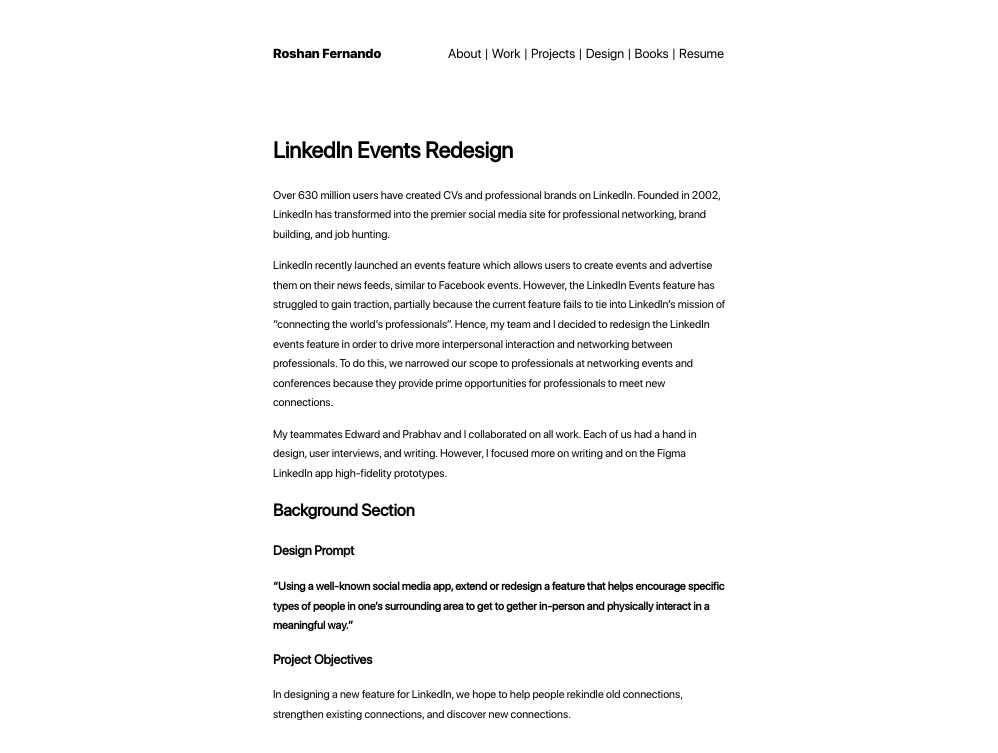
Repository: rdf004/rdf004.github.io
Page: /case1
The author's editor kept a copy of each file at every save. The page is drawn from the files as they stood at one save, then again after the next save.
The browser window is 1280 px wide. The pictures show the whole page, at 78% of full size.
The project was rebuilt for these pictures with package versions that can differ from the ones it lists, and the page was loaded fresh each time. Also part of the build but not shown: src/Components/About.js, src/Components/Work.js, src/Components/Projects.js, src/Components/Design.js, src/Components/Books.js, src/Components/Resume.js.

Above is the page before, as saved 2019-11-20 21:02:34.

### public/index.html
<!DOCTYPE html>
<html lang="en">
  <head>
    <meta charset="utf-8" />
    <link rel="shortcut icon" href="Startup_Rocket-512.png" />
    <meta name="viewport" content="width=device-width, initial-scale=1" />
    <meta name="theme-color" content="#000000" />
    <meta
      name="description"
      content="Web site created using create-react-app"
    />
    <link rel="apple-touch-icon" href="logo192.png" />
    <!--
      manifest.json provides metadata used when your web app is installed on a
      user's mobile device or desktop. See https://developers.google.com/web/fundamentals/web-app-manifest/
    -->
    <link rel="manifest" href="%PUBLIC_URL%/manifest.json" />
    <!--
      Notice the use of %PUBLIC_URL% in the tags above.
      It will be replaced with the URL of the `public` folder during the build.
      Only files inside the `public` folder can be referenced from the HTML.

      Unlike "/favicon.ico" or "favicon.ico", "%PUBLIC_URL%/favicon.ico" will
      work correctly both with client-side routing and a non-root public URL.
      Learn how to configure a non-root public URL by running `npm run build`.
    -->
    <title>RFizzle's Websizzle</title>
  </head>
  <body>
    <noscript>You need to enable JavaScript to run this app.</noscript>
    <div id="root"></div>
    <!--
      This HTML file is a template.
      If you open it directly in the browser, you will see an empty page.

      You can add webfonts, meta tags, or analytics to this file.
      The build step will place the bundled scripts into the <body> tag.

      To begin the development, run `npm start` or `yarn start`.
      To create a production bundle, use `npm run build` or `yarn build`.
    -->
  </body>
</html>

### src/index.js
import React from 'react';
import ReactDOM from 'react-dom';
import { Route, Link, BrowserRouter as Router } from 'react-router-dom';

import About from './Components/About';
import Work from './Components/Work';
import Projects from './Components/Projects';
import Design from './Components/Design';
import Books from './Components/Books';
import Resume from './Components/Resume';
import Case1 from './Components/Case1';
import * as serviceWorker from './serviceWorker';

const routing = (
    <Router>
      <div>
        <Route exact path="/" component={About} />
        <Route path="/work" component={Work} />
        <Route path="/projects" component={Projects} />
        <Route path="/design" component={Design} />
        <Route path="/books" component={Books} />
        <Route path="/resume" component={Resume} />
        <Route path="/case1" component={Case1} />
      </div>
    </Router>
)

ReactDOM.render(routing, document.getElementById('root'));

// If you want your app to work offline and load faster, you can change
// unregister() to register() below. Note this comes with some pitfalls.
// Learn more about service workers: https://bit.ly/CRA-PWA
serviceWorker.unregister();

### src/Components/Case1.js
import React from 'react';
import Header from './Header';

import '../Style/style.css';

class Case1 extends React.Component {

    render() {
        return (
            <div className="grid-holder">

            <div className="grid-container">
                <Header className="header"/>
                <p className="page-content">
                    <h1>LinkedIn Events Redesign</h1>
                    <p>Over 630 million users have created CVs and professional brands on LinkedIn. Founded in 2002, LinkedIn has transformed into the premier social media site for professional networking, brand building, and job hunting.</p>
                    <p>LinkedIn recently launched an events feature which allows users to create events and advertise them on their news feeds, similar to Facebook events. However, the LinkedIn Events feature has struggled to gain traction, partially because the current feature fails to tie into LinkedIn’s mission of “connecting the world’s professionals”. Hence, my team and I decided to redesign the LinkedIn events feature in order to drive more interpersonal interaction and networking between professionals. To do this, we narrowed our scope to professionals at networking events and conferences because they provide prime opportunities for professionals to meet new connections.</p>
                    <p>My teammates Edward and Prabhav and I collaborated on all work. Each of us had a hand in design, user interviews, and writing. However, I focused more on writing and on the Figma LinkedIn app high-fidelity prototypes.</p>
                    <h2>Background Section</h2>
                    <h3><b>Design Prompt</b></h3>
                    <p><b>“Using a well-known social media app, extend or redesign a feature that helps encourage specific types of people in one’s surrounding area to get to gether in-person and physically interact in a meaningful way.”</b></p>
                    <h3>Project Objectives</h3>
                    <p>In designing a new feature for LinkedIn, we hope to help people rekindle old connections, strengthen existing connections, and discover new connections.</p>
                </p>
            </div>

            </div>
        )
    }

}

export default Case1;

### src/Components/Header.js
import React from 'react';
import '../Style/style.css';

class Header extends React.Component {

    render() {
        return (

            <div className="flex-container">
                <p className="name">Roshan Fernando</p>
                <ul className="header-li-elements">
                    <li><a className="list-item-a" href="/">About</a></li>
                    <li>|</li>
                    <li><a className="list-item-a" href="/work">Work</a></li>
                    <li>|</li>
                    <li><a className="list-item-a" href="/projects">Projects</a></li>
                    <li>|</li>
                    <li><a className="list-item-a" href="/design">Design</a></li>
                    <li>|</li>
                    <li><a className="list-item-a" href="/books">Books</a></li>
                    <li>|</li>
                    <li><a className="list-item-a" href="/resume">Resume</a></li>
                </ul>
                <p className="content">{this.about}</p>
            </div>
        )
    }
}

export default Header;

### src/Style/style.css
/* PAGE */

.grid-holder {

}

.grid-container {
    display: grid;
    width: 600px;
    max-width: 100vw;
    margin: auto;

    line-height: 1.75;
}

.page-content {

    font-family: 'SF-Regular';
    font-size: 0.9em;
    color: black;
    padding: 10px;
    padding-top: 0px;
}

/* unvisited link */
.p-a:link {
    color: rgb(105, 196, 248);
    text-decoration: underline;
  }

  /* visited link */
.p-a:visited {
    color: rgb(105, 196, 248);
    text-decoration: underline;
  }

/* mouse over link */
.p-a:hover {
    color: rgb(105, 196, 248);
    text-decoration: underline;
  }

  /* selected link */
.p:active {
    color: rgb(105, 196, 248);
    text-decoration: underline;
  }

/* HEADER */

.flex-container {

    display: flex;
    justify-content: center;
    align-items: center;
    padding-top: 5vh;
    flex-wrap: wrap;

    max-width: inherit;
    min-width: 0;

}


.name {

    text-align: left;
    font-family: 'SF-Heavy';
    color: black;
    font-size: 1.05em;
    max-width: 250px;

    flex: 1;
    padding-left: 10px;

}

.header-li-elements {

    display: flex;
    padding: 0;
    justify-content: flex-end;
    color: black;

    flex: 1;
    padding-right: 10px;

}

li {

    list-style-type: none;
    padding: 2px;
    font-family: 'SF-Regular';
    font-size: 1.05em;
    color: black;

}

.content {
    width: 1000px;
    max-width: inherit;
}

body, html {

    margin: 0;
    padding: 0;
    background-color: white;

}

/* unvisited link */
.list-item-a:link {
    color: black;
    text-decoration: none;
  }

  /* visited link */
.list-item-a:visited {
    color: black;
    text-decoration: none;
  }

/* mouse over link */
.list-item-a:hover {
    color: rgb(0, 162, 255);
    text-decoration: none;
  }

  /* selected link */
.list-item-a:active {
    color: black;
    text-decoration: none;
  }

@font-face {
    src: url('./SF-Pro-Display-Heavy.otf');
    font-family: 'SF-Heavy';
}

@font-face {
    src: url('./SF-Pro-Display-Regular.otf');
    font-family: 'SF-Regular';
}

@font-face {
    src: url('./SF-Pro-Display-Thin.otf');
    font-family: 'SF-Thin';
}

Loaded but not shown: src/serviceWorker.js (common file)

After the next save:
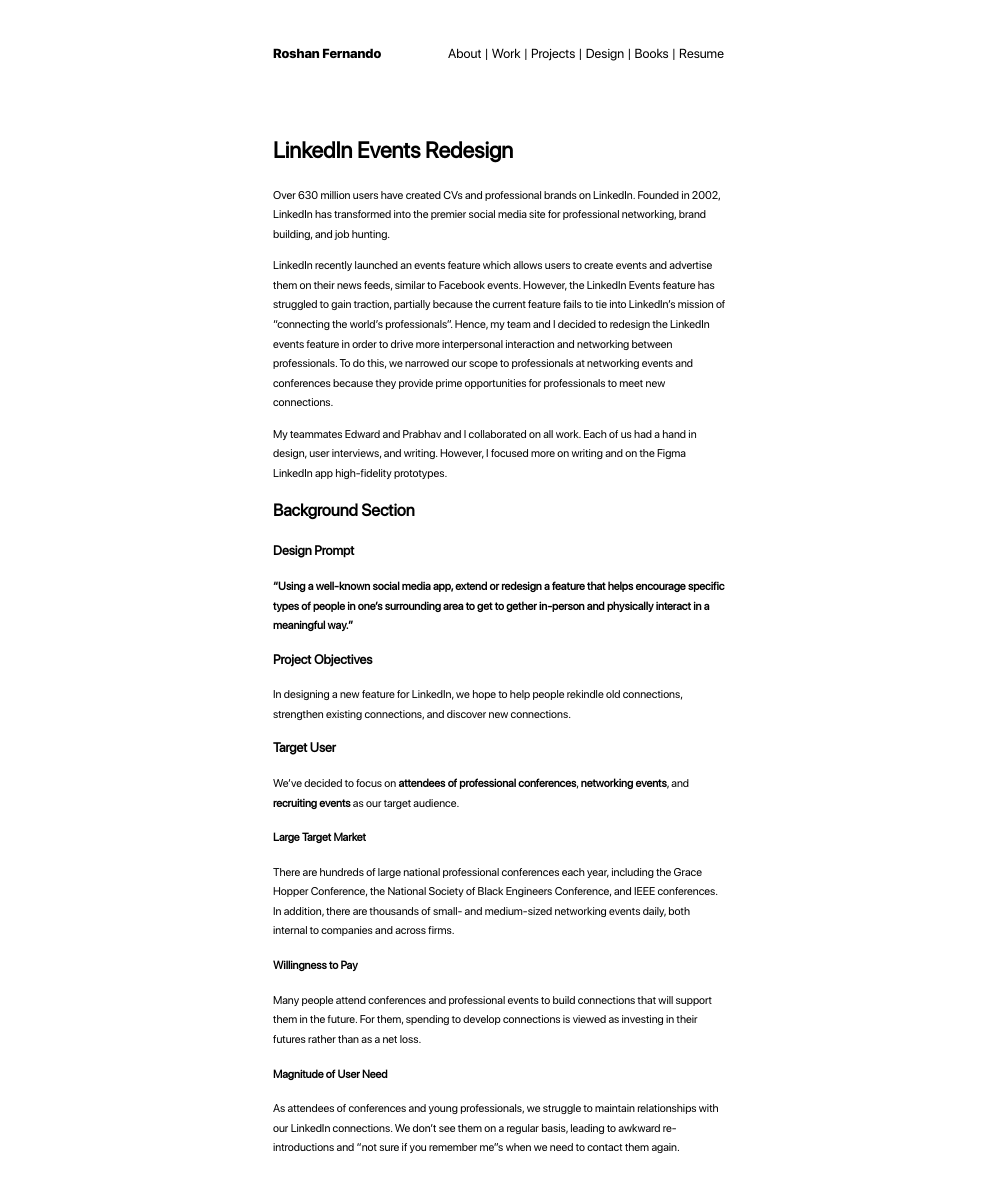
Saved 4 min 7 s later.
--- a/src/Components/Case1.js
+++ b/src/Components/Case1.js
@@ -21,6 +21,14 @@
                     <p><b>“Using a well-known social media app, extend or redesign a feature that helps encourage specific types of people in one’s surrounding area to get to gether in-person and physically interact in a meaningful way.”</b></p>
                     <h3>Project Objectives</h3>
                     <p>In designing a new feature for LinkedIn, we hope to help people rekindle old connections, strengthen existing connections, and discover new connections.</p>
+                    <h3>Target User</h3>
+                    <p>We’ve decided to focus on <b>attendees of professional conferences</b>, <b>networking events</b>, and <b>recruiting events</b> as our target audience.</p>
+                    <h4>Large Target Market</h4>
+                    <p>There are hundreds of large national professional conferences each year, including the Grace Hopper Conference, the National Society of Black Engineers Conference, and IEEE conferences. In addition, there are thousands of small- and medium-sized networking events daily, both internal to companies and across firms.</p>
+                    <h4>Willingness to Pay</h4>
+                    <p>Many people attend conferences and professional events to build connections that will support them in the future. For them, spending to develop connections is viewed as investing in their futures rather than as a net loss.</p>
+                    <h4>Magnitude of User Need</h4>
+                    <p>As attendees of conferences and young professionals, we struggle to maintain relationships with our LinkedIn connections. We don’t see them on a regular basis, leading to awkward re-introductions and “not sure if you remember me”s when we need to contact them again.</p>
                 </p>
             </div>
 
